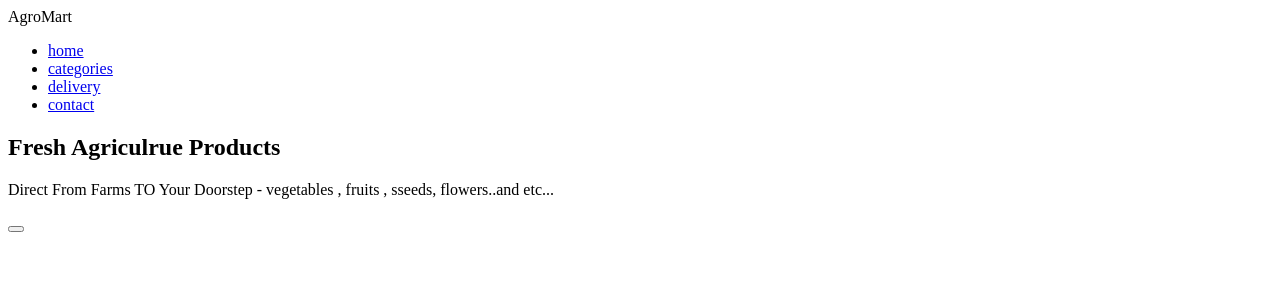
Repository: wingming07/Agro_mart
Page: index.html
The author's editor kept a copy of each file at every save. The page is drawn from the files as they stood at one save, then again after a run of saves.
The browser window is 1280 px wide. The pictures show the whole page.

Above is the page before, as saved 2025-06-09 13:38:35.

After the next 2 saves:
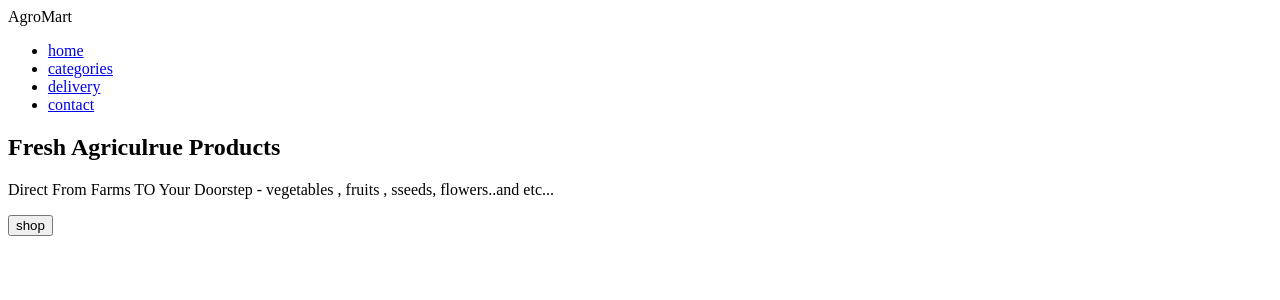
The 2 saves are shown as one change because they came seconds apart.
The last was saved 21 s later.
--- a/index.html
+++ b/index.html
@@ -21,6 +21,6 @@
         <div class="hero-content">
             <h1>Fresh Agriculrue Products</h1>
             <p>Direct From Farms TO Your Doorstep - vegetables , fruits , sseeds, flowers..and etc...</p>
-            <button onclick="scrollToSection('categories')"
+            <button onclick="scrollToSection('categories')">shop</button>
             </div>
 </html>

After the save that followed:
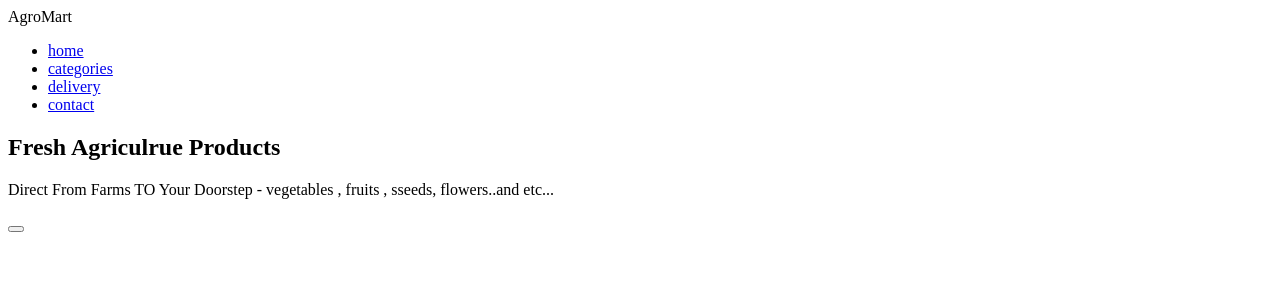
Saved 12 s later.
--- a/index.html
+++ b/index.html
@@ -21,6 +21,6 @@
         <div class="hero-content">
             <h1>Fresh Agriculrue Products</h1>
             <p>Direct From Farms TO Your Doorstep - vegetables , fruits , sseeds, flowers..and etc...</p>
-            <button onclick="scrollToSection('categories')">shop</button>
+            <button onclick="scrollToSection('categories')"><i class="fa fa-shopping-bag" aria-hidden="true"></i></button>
             </div>
 </html>
